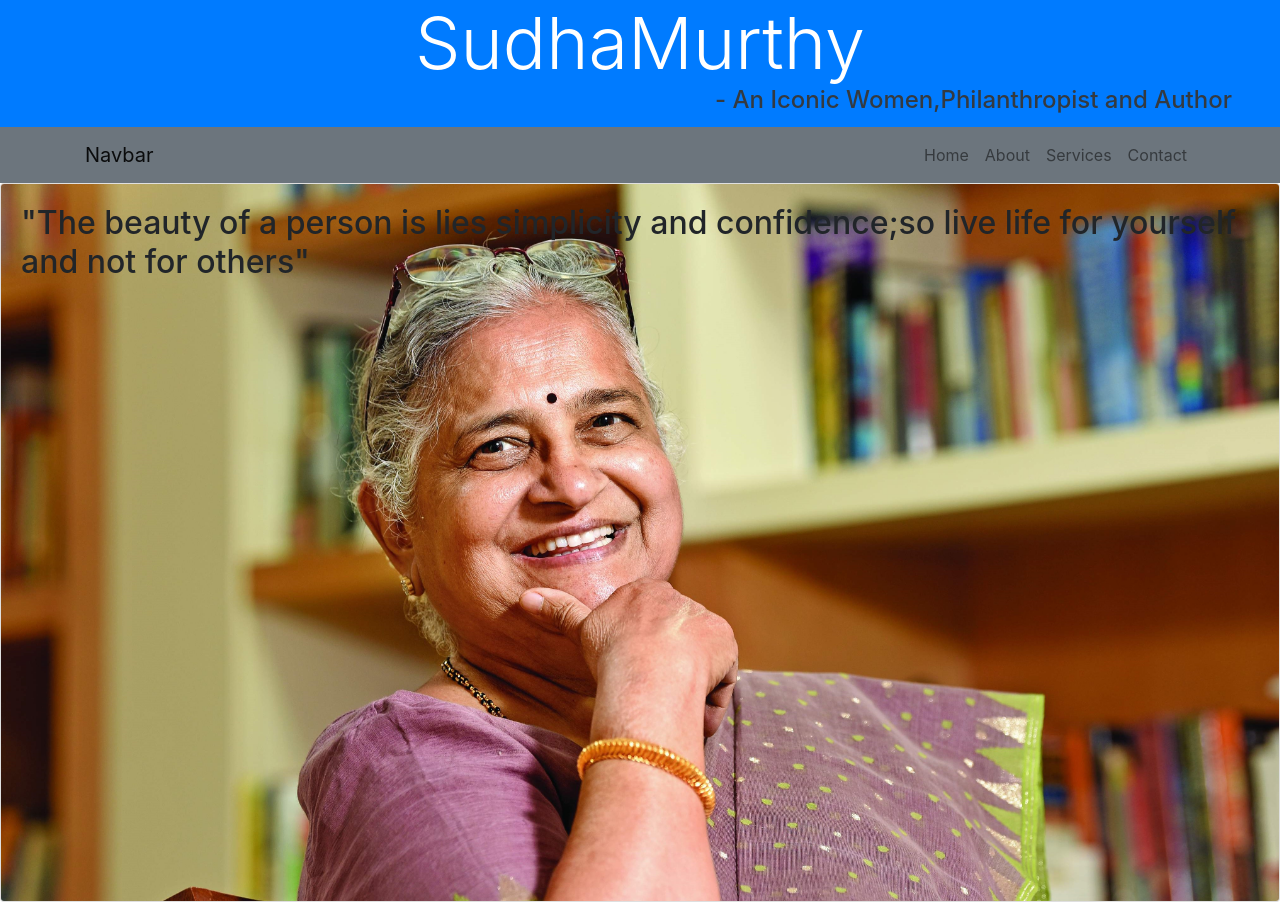
Repository: sumanthr18/RoleModel
Page: index.html
These files come from the project's save history. The page is drawn as it stood at one moment and after the next save; the edit follows.
The browser window is 1280 px wide. The pictures show the whole page.

Above is the page before, as saved 2020-03-14 15:25:51.

### index.html
<!DOCTYPE html>
<html lang="en">
<head>
    <meta charset="UTF-8">
    <meta name="viewport" content="width=device-width, initial-scale=1.0">
    <title>SudhaMurthy</title>
    <link rel="stylesheet" href="https://stackpath.bootstrapcdn.com/bootstrap/4.4.1/css/bootstrap.min.css" integrity="sha384-Vkoo8x4CGsO3+Hhxv8T/Q5PaXtkKtu6ug5TOeNV6gBiFeWPGFN9MuhOf23Q9Ifjh" crossorigin="anonymous">
</head>
<body>
    <header class="bg-primary pb-1">
        <h1 class="display-3 text-center my-0 text-white ">SudhaMurthy</h1>
        <h4 class="text-right mr-5 text-dark">- An Iconic Women,Philanthropist and Author</h4>
    </header>
    <nav class="navbar navbar-expand-sm navbar-light bg-secondary border-outline-dark mb-0">
        <div class="container">
            <a class="navbar-brand" href="#">Navbar</a>
            <button class="navbar-toggler" data-toggle="collapse" data-target="#navbarNav">
                <span class="navbar-toggler-icon"></span>
            </button>
            <div class="collapse navbar-collapse" id="navbarNav">
                <ul class="navbar-nav ml-auto">
                    <li class="nav-item">
                        <a class="nav-link" href="#">Home</a>
                    </li>
                    <li class="nav-item">
                        <a class="nav-link" href="#">About</a>
                    </li>
                    <li class="nav-item">
                        <a class="nav-link" href="#">Services</a>
                    </li>
                    <li class="nav-item">
                        <a class="nav-link" href="#">Contact</a>
                    </li>
                </ul>
            </div>
        </div>
    </nav>
    <div class="card">
        <img class="card-img" src="Sudha_Murty_1-update.jpg">
        <div class="card-img-overlay">
            <h2 class="card-text">"The beauty of a person is lies simplicity and confidence;so live life for yourself and not for others"</h2>
        </div>
    </div>
</body>
</html>

After the next save:
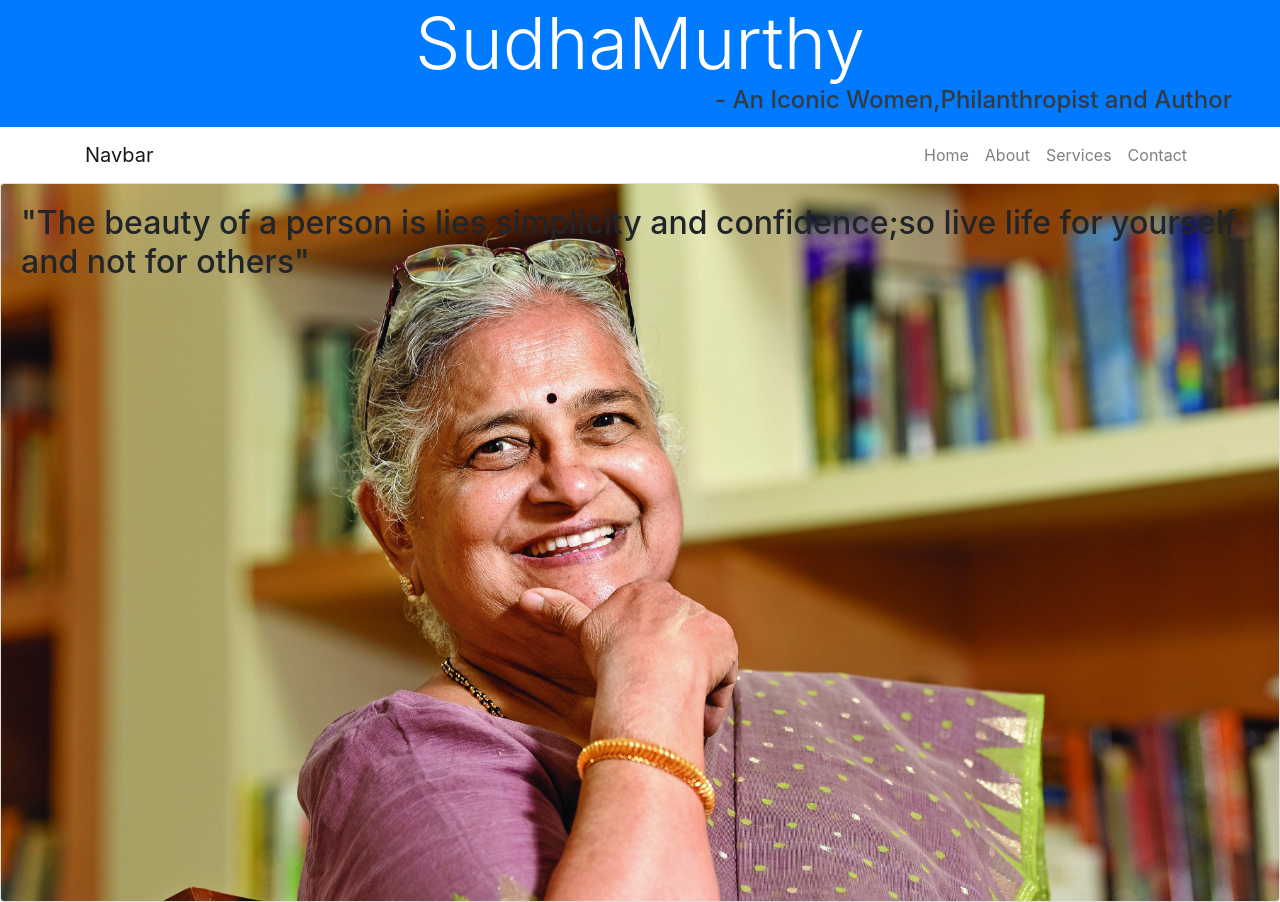
Saved 81 min 13 s later.
--- a/index.html
+++ b/index.html
@@ -11,7 +11,7 @@
         <h1 class="display-3 text-center my-0 text-white ">SudhaMurthy</h1>
         <h4 class="text-right mr-5 text-dark">- An Iconic Women,Philanthropist and Author</h4>
     </header>
-    <nav class="navbar navbar-expand-sm navbar-light bg-secondary border-outline-dark mb-0">
+    <nav class="navbar navbar-expand-sm navbar-light mb-0">
         <div class="container">
             <a class="navbar-brand" href="#">Navbar</a>
             <button class="navbar-toggler" data-toggle="collapse" data-target="#navbarNav">
